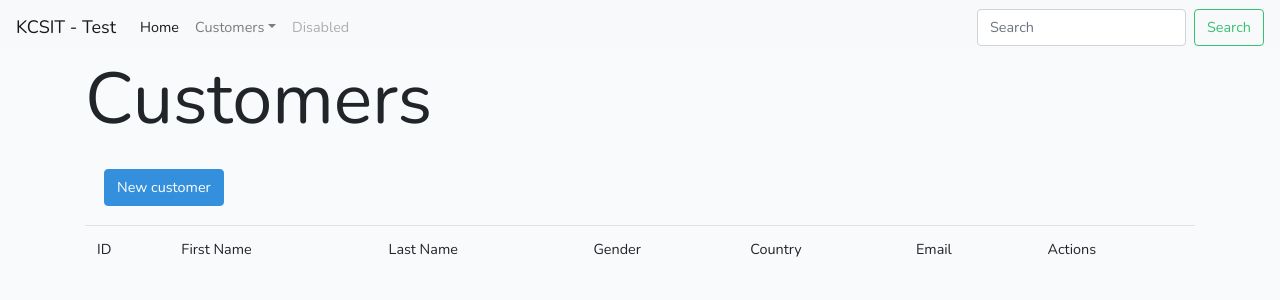
Repository: GilmarBrito/kcsit
Page: http://localhost/customers
The author's editor kept a copy of each file at every save. The page is drawn from the files as they stood at one save, then again after the next save.
The browser window is 1280 px wide. The pictures show the whole page.
The page is served by the project's Laravel application, run on PHP 8.4 with Laravel 8. Other server files are loaded and not shown. Style sheets and scripts are compiled from the project's sources, by tool versions that may differ from the author's. Queries for data that is not in the repository find no rows.

Above is the page before, as saved 2020-03-08 15:18:56.

### routes/web.php
<?php

use Illuminate\Support\Facades\Route;

/*
|--------------------------------------------------------------------------
| Web Routes
|--------------------------------------------------------------------------
|
| Here is where you can register web routes for your application. These
| routes are loaded by the RouteServiceProvider within a group which
| contains the "web" middleware group. Now create something great!
|
*/

Route::get('/', function () {
    return view('welcome');
});

Route::resource('customers', 'CustomerController');

### app/Http/Controllers/CustomerController.php
<?php

namespace App\Http\Controllers;

use Illuminate\Http\Request;
use App\Customer;

class CustomerController extends Controller
{
    /**
     * Display a listing of the resource.
     *
     * @return \Illuminate\Http\Response
     */
    public function index()
    {
        $customers = Customer::all();

        return view('customers.index', compact('customers'));
    }

    /**
     * Show the form for creating a new resource.
     *
     * @return \Illuminate\Http\Response
     */
    public function create()
    {
        return view('customers.create');
    }

    /**
     * Store a newly created resource in storage.
     *
     * @param  \Illuminate\Http\Request  $request
     * @return \Illuminate\Http\Response
     */
    public function store(Request $request)
    {
        $request->validate([
            'first_name' => 'required',
            'last_name' => 'required',
            'gender' => 'required',
            'country' => 'required',
            'email' => 'required'
        ]);

        $customer = new Customer([
            'first_name' => $request->get('first_name'),
            'last_name' => $request->get('last_name'),
            'gender' => $request->get('gender'),
            'country' => $request->get('country'),
            'email' => $request->get('email')
        ]);

        $customer->save();
        return redirect('/customers')->with('success', 'Customer saved!');
    }

    /**
     * Display the specified resource.
     *
     * @param  int  $id
     * @return \Illuminate\Http\Response
     */
    public function show($id)
    {
        //
    }

    /**
     * Show the form for editing the specified resource.
     *
     * @param  int  $id
     * @return \Illuminate\Http\Response
     */
    public function edit($id)
    {
        $customer = Customer::find($id);
        return view('customers.edit', compact('customer'));
    }

    /**
     * Update the specified resource in storage.
     *
     * @param  \Illuminate\Http\Request  $request
     * @param  int  $id
     * @return \Illuminate\Http\Response
     */
    public function update(Request $request, $id)
    {
        $request->validate([
            'first_name' => 'required',
            'last_name' => 'required',
            'gender' => 'required',
            'country' => 'required',
            'email' => 'required'
        ]);

        $customer = Customer::find($id);
        $customer->first_name =  $request->get('first_name');
        $customer->last_name = $request->get('last_name');
        $customer->gender = $request->get('gender');
        $customer->country = $request->get('country');
        $customer->email = $request->get('email');
        $customer->save();

        return redirect('/customers')->with('success', 'Customer updated!');
    }

    /**
     * Remove the specified resource from storage.
     *
     * @param  int  $id
     * @return \Illuminate\Http\Response
     */
    public function destroy($id)
    {
        $customer = Customer::find($id);
        $customer->delete();

        return redirect('/customers')->with('success', 'Customer deleted!');
    }
}

### app/Customer.php
<?php

namespace App;

use Illuminate\Database\Eloquent\Model;

class Customer extends Model
{
    protected $fillable = [
        'first_name',
        'last_name',
        'gender',
        'country',
        'email'
    ];
}

### resources/views/customers/index.blade.php
@extends('base')

@section('main')
<div class="row">
    <div class="col-sm-12">

    @if(session()->get('success'))
    <div class="alert alert-success">
        {{ session()->get('success') }}
    </div>
    @endif
    </div>
    <div class="col-sm-12">
        <h1 class="display-3">Customers</h1>
        <div>
            <a style="margin: 19px;" href="{{ route('customers.create')}}" class="btn btn-primary">New customer</a>
        </div>
        <table class="table table-striped">
            <thead>
                <tr>
                    <td>ID</td>
                    <td>First Name</td>
                    <td>Last Name</td>
                    <td>Gender</td>
                    <td>Country</td>
                    <td>Email</td>
                    <td colspan = 2>Actions</td>
                </tr>
            </thead>
            <tbody>
                @foreach($customers as $customer)
                <tr>
                    <td>{{$customer->id}}</td>
                    <td>{{$customer->first_name}}</td>
                    <td>{{$customer->last_name}}</td>
                    <td>{{$customer->gender}}</td>
                    <td>{{$customer->country}}</td>
                    <td>{{$customer->email}}</td>
                    <td>
                        <a href="{{ route('customers.edit',$customer->id)}}" class="btn btn-primary">Edit</a>
                    </td>
                    <td>
                        <form action="{{ route('customers.destroy', $customer->id)}}" method="post">
                            @csrf
                            @method('DELETE')
                            <button class="btn btn-danger" type="submit">Delete</button>
                        </form>
                    </td>
                </tr>
                @endforeach
            </tbody>
        </table>
    </div>
</div>
@endsection

### resources/views/base.blade.php
<!DOCTYPE html>
<html lang="en">
<head>
    <meta name="viewport" content="width=device-width, initial-scale=1.0">
    <title>KCSIT - Clever Full Stack Developer Test Task</title>
    <!-- Styles -->
    <link href="{{ asset('css/app.css') }}" rel="stylesheet">
</head>
<body>
    <nav class="navbar navbar-expand-lg navbar-light bg-light">
        <a class="navbar-brand" href="#">{{ config('app.name') }}</a>
        <button class="navbar-toggler" type="button" data-toggle="collapse" data-target="#navbarSupportedContent" aria-controls="navbarSupportedContent" aria-expanded="false" aria-label="Toggle navigation">
            <span class="navbar-toggler-icon"></span>
        </button>

        <div class="collapse navbar-collapse" id="navbarSupportedContent">
            <ul class="navbar-nav mr-auto">
                <li class="nav-item active">
                    <a class="nav-link" href="#">Home <span class="sr-only">(current)</span></a>
                </li>
                <li class="nav-item dropdown">
                    <a class="nav-link dropdown-toggle" href="#" id="navbarDropdown" role="button" data-toggle="dropdown" aria-haspopup="true" aria-expanded="false">Customers</a>
                    <div class="dropdown-menu" aria-labelledby="navbarDropdown">
                        <a class="dropdown-item" href="#">List</a>
                        <a class="dropdown-item" href="#">New</a>
                    </div>
                </li>
                <li class="nav-item">
                    <a class="nav-link disabled" href="#">Disabled</a>
                </li>
            </ul>
            <form class="form-inline my-2 my-lg-0">
                <input class="form-control mr-sm-2" type="search" placeholder="Search" aria-label="Search">
                <button class="btn btn-outline-success my-2 my-sm-0" type="submit">Search</button>
            </form>
        </div>
    </nav>
    <div class="container">
        @yield('main')
    </div>
    <!-- Scripts -->
    <script src="{{ asset('js/app.js') }}" defer></script>

</body>
</html>

Loaded but not shown: app/Http/Controllers/Controller.php (common file); resources/sass/app.scss (common file); resources/sass/_variables.scss (common file)

After the next save:
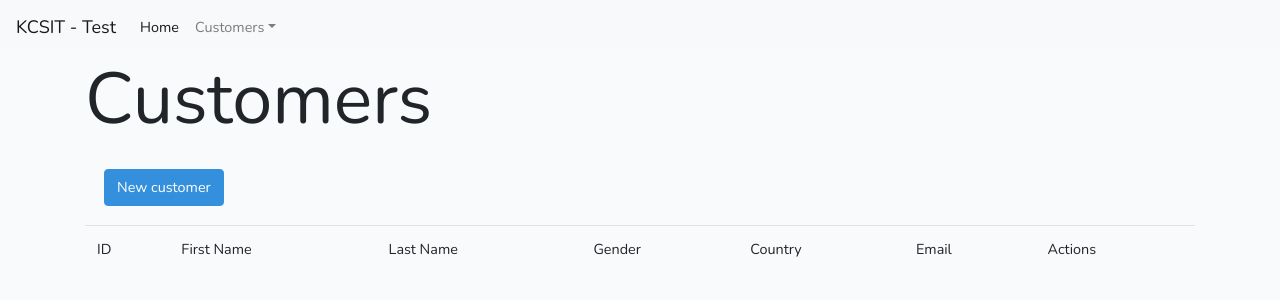
Saved 29 s later.
--- a/resources/views/base.blade.php
+++ b/resources/views/base.blade.php
@@ -25,14 +25,7 @@
                         <a class="dropdown-item" href="#">New</a>
                     </div>
                 </li>
-                <li class="nav-item">
-                    <a class="nav-link disabled" href="#">Disabled</a>
-                </li>
             </ul>
-            <form class="form-inline my-2 my-lg-0">
-                <input class="form-control mr-sm-2" type="search" placeholder="Search" aria-label="Search">
-                <button class="btn btn-outline-success my-2 my-sm-0" type="submit">Search</button>
-            </form>
         </div>
     </nav>
     <div class="container">
